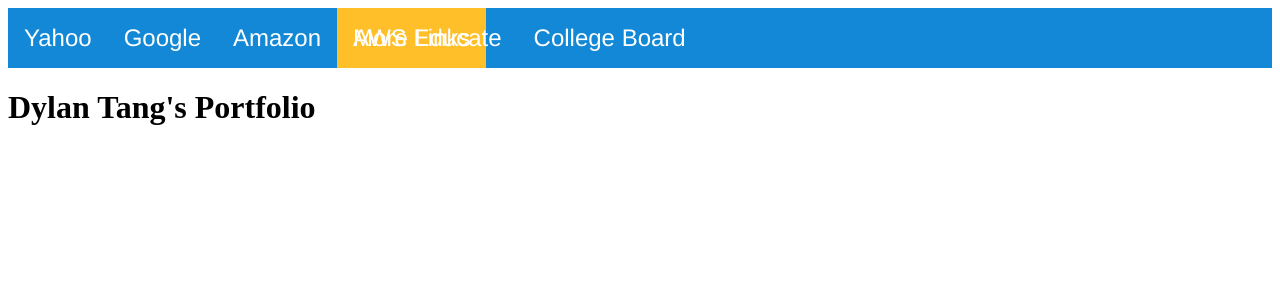
Repository: TangDylan/TangDylan.github.io
Page: index.html
The author's editor kept a record of every edit. The page is drawn from the files as they stood at one moment, then again after the next edit.
The browser window is 1280 px wide. The pictures show the whole page.
The pointer rests on the first visible `.dropdown`.

Above is the page before.

After the next edit:
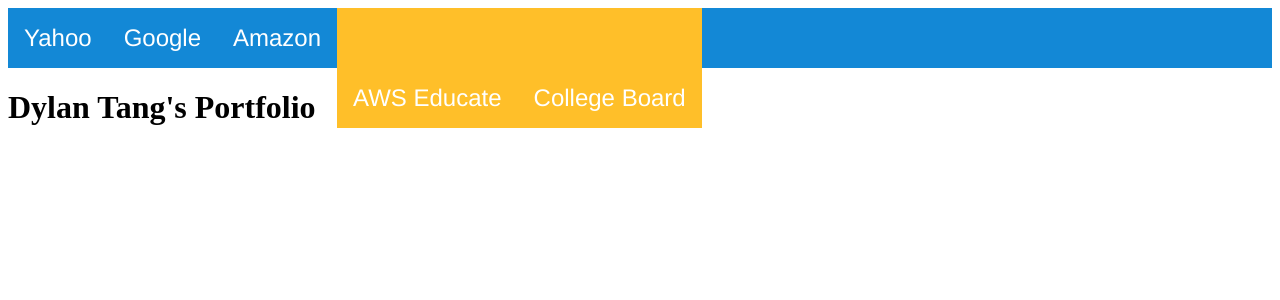
The edit:
--- a/index.html
+++ b/index.html
@@ -26,6 +26,8 @@
 
      .dropdown:hover .dropdown-content{
         display:block;
+        padding-top:60px;
+        background-color:#ffbf29;
       }
 
      .dropdown-content{
